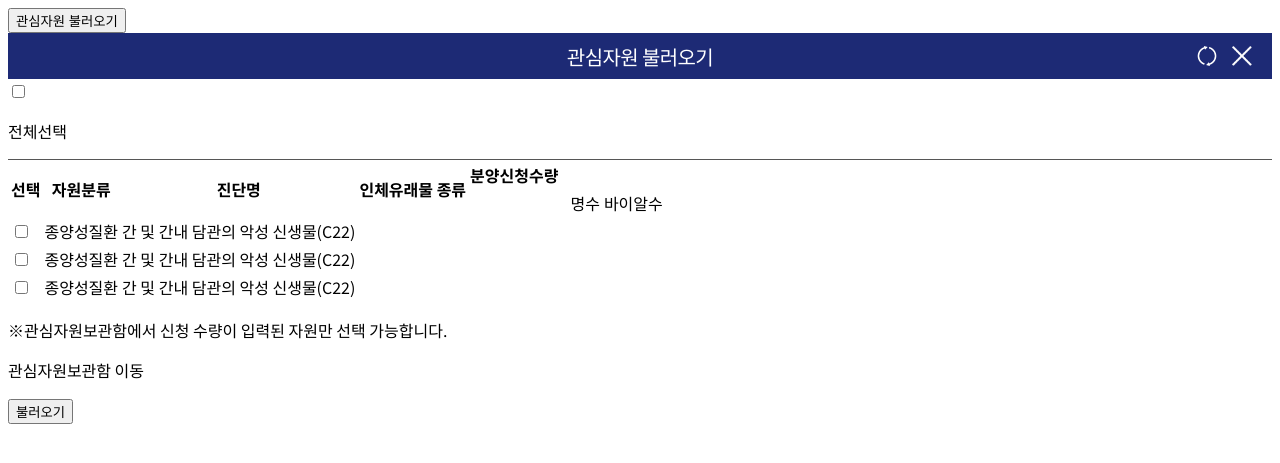
Repository: dlgywls1130/one_popup
Page: index.html
The author's editor kept a copy of each file at every save. The page is drawn from the files as they stood at one save, then again after the next save.
The browser window is 1280 px wide. The pictures show the whole page.

Above is the page before, as saved 2023-10-25 00:02:53.

After the next save:
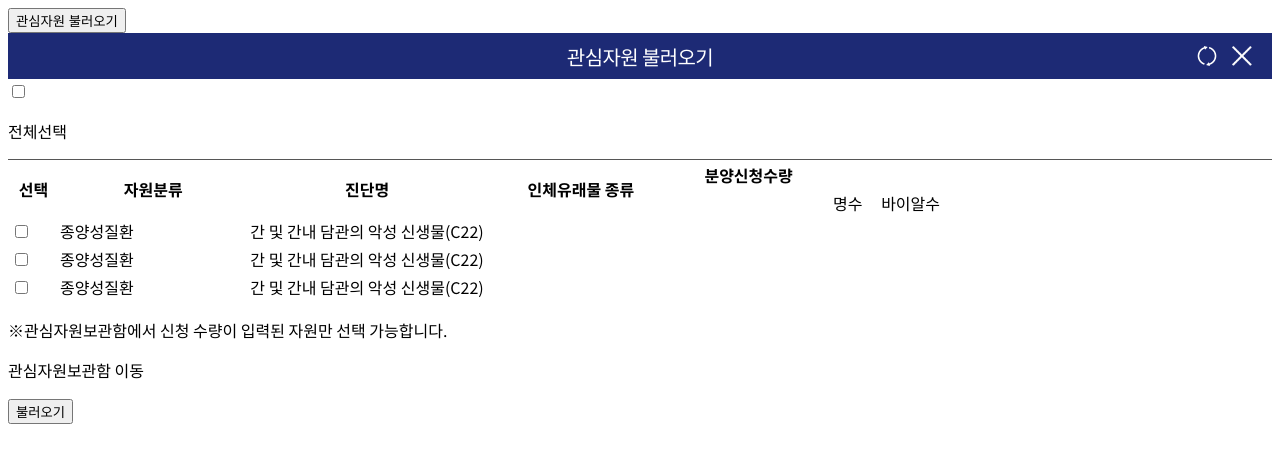
Saved 2 min 5 s later.
--- a/style.css
+++ b/style.css
@@ -49,3 +49,27 @@
 .body_all_list{
     border-top: 1px solid #565656;
 }
+
+.list_table_wrap tr th:nth-child(1){
+    width: 5%;
+}
+
+.list_table_wrap tr th:nth-child(2){
+    width: 20%;
+}
+
+.list_table_wrap tr th:nth-child(3){
+    width: 25%;
+}
+
+.list_table_wrap tr th:nth-child(4){
+    width: 20%;
+}
+
+.list_table_wrap tr th:nth-child(5){
+    width: 15%;
+}
+
+.list_table_wrap tr th:nth-child(6){
+    width: 15%;
+}
